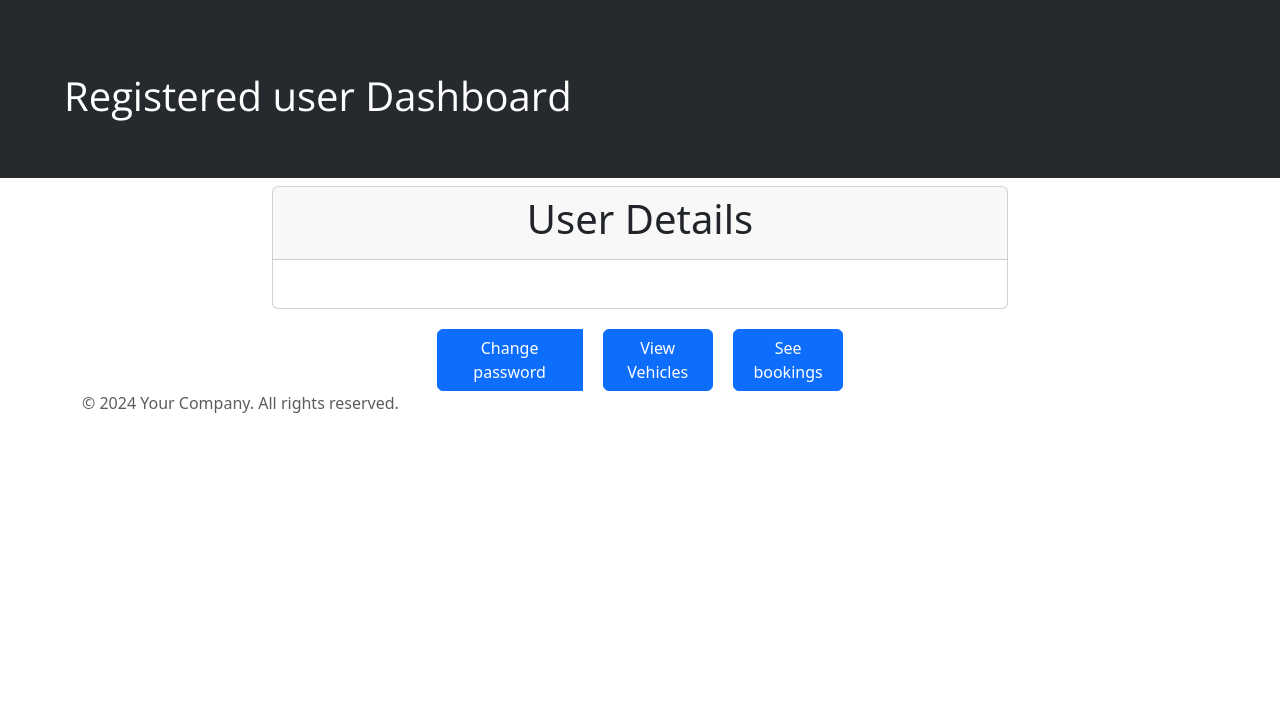
Repository: VimashaVishvani/VehicleRental
Page: http://localhost/Vehicle_rentalDb/registeredUser.jsp
The author's editor kept a copy of each file at every save. The page is drawn from the files as they stood at one save, then again after the next save.
The browser window is 1280 px wide. The pictures show the whole page.
The page is served by Tomcat 9. Other server files are loaded and not shown.

Above is the page before, as saved 2024-05-12 09:33:18.

### Vehicle_rentalDb/src/main/webapp/registeredUser.jsp
<%@ page language="java" contentType="text/html; charset=ISO-8859-1" pageEncoding="ISO-8859-1"%>
<%@ taglib prefix="c" uri="http://java.sun.com/jsp/jstl/core"%>
<!DOCTYPE html>
<html>
<head>
<link href="https://fonts.googleapis.com/css2?family=Open+Sans&display=swap" rel="stylesheet">

<style>
	.dashboard{
	padding-top:10vh;
	padding-left:5%;
	padding-bottom:8vh;
    background-color:#262A2E; /* Pale background color */
    font-family: 'Open Sans', sans-serif; /* Use Open Sans font */
    color: #ffffff; /* White text color */


	}
.btn-group {
    display: flex;
    justify-content: center;
    margin-top: 20px;
    align-items: center; /* Center items vertically */
}

.btn-group .btn {
    margin: 0 10px; /* Add some spacing between buttons */
}

</style>
    <meta charset="ISO-8859-1">
    <title>Car Owner</title>
    <link href="https://cdn.jsdelivr.net/npm/bootstrap@5.3.3/dist/css/bootstrap.min.css" rel="stylesheet" integrity="sha384-QWTKZyjpPEjISv5WaRU9OFeRpok6YctnYmDr5pNlyT2bRjXh0JMhjY6hW+ALEwIH" crossorigin="anonymous">
</head>
<body>

<c:if test="${param.result == 'booked'}">
    <script type="text/javascript">
        alert('You booked the car!');
    </script>
</c:if>
<c:if test="${param.result == 'Deleted'}">
    <script type="text/javascript">
        alert('record deleted!'');
    </script>
</c:if>

<h1 class="dashboard">Registered user Dashboard</h1>

<div class="container">
    <div class="row">
        <div class="col-md-8 offset-md-2">
            <div class="card">
                <div class="card-header">
                    <h1 class="text-center">User Details</h1>
                </div>
                <div class="card-body">
                    <table class="table">
                        <c:forEach var="user" items="${sessionScope.userDetails}">
                            <tr>
                                <td>Customer ID</td>
                                <td>${user.id}</td>
                            </tr>
                            <tr>
                                <td>Customer Name</td>
                                <td>${user.name}</td>
                            </tr>
                            <tr>
                                <td>Customer Email</td>
                                <td>${user.gmail}</td>
                            </tr>
                            <tr>
                                <td>Customer Phone</td>
                                <td>${user.phoneNumber}</td>
                            </tr>
                        </c:forEach>
                    </table>
                </div>
            </div>
        </div>
    </div>
</div>
<div class="btn-group col-md-4 offset-md-4">

<c:set var="userId" value="${sessionScope.userDetails[0].id}" />
<c:set var="pass" value="${sessionScope.userDetails[0].password}" />
<a href="userChangePw.jsp?id=${userId}&result=a&pw=${pass}" class="btn btn-primary">Change password</a>


<form action="vehicleServelet" method="get">
    <input type="hidden" value="${userId}" name="id">
    <input type="hidden" value="viewAvailableVehicle" name="task">
    <button type="submit"  class="btn btn-primary">View Vehicles</button>
</form>

<form action="bookingServlet" method="get">
    <input type="hidden" value="${userId}" name="id">
    <input type="hidden" value="ViewBookings" name="task">
    <button type="submit"  class="btn btn-primary">See bookings</button>
</form>
</div>


<footer class="footer">
    <div class="container">
        <span class="text-muted">© 2024 Your Company. All rights reserved.</span>
    </div>
</footer>
</body>
</html>

After the next save:
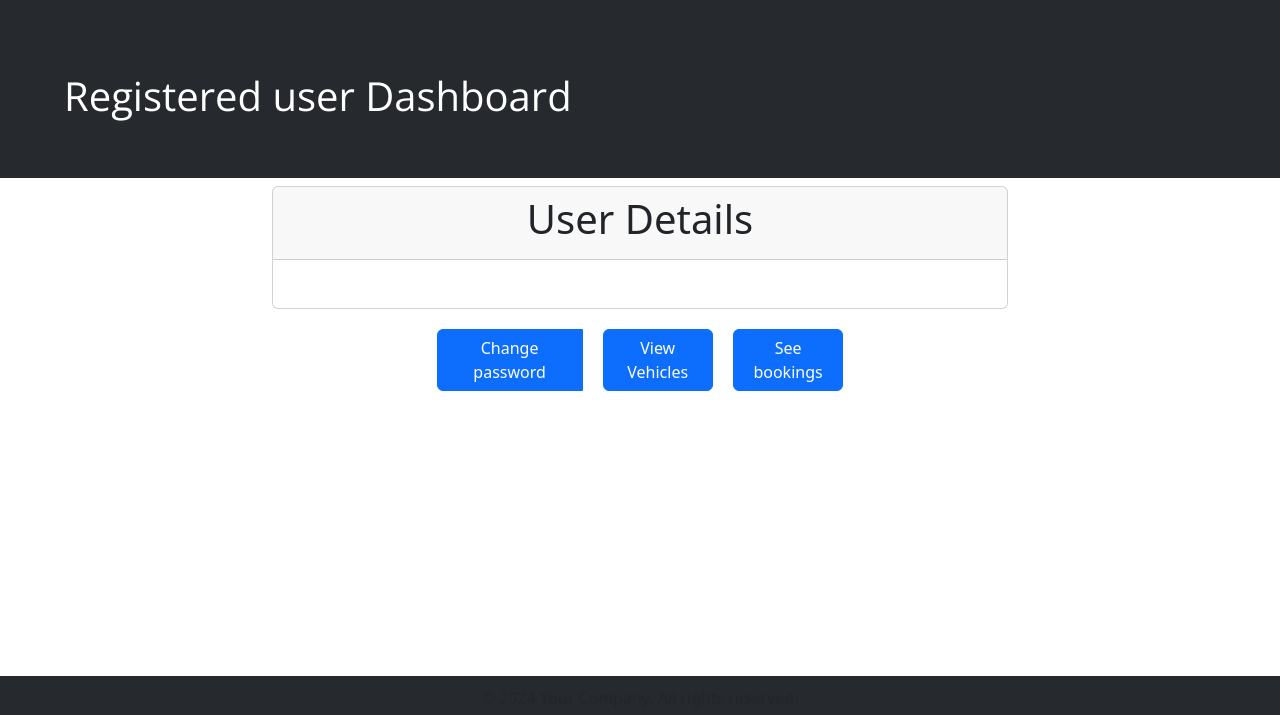
Saved 32 s later.
--- a/Vehicle_rentalDb/src/main/webapp/registeredUser.jsp
+++ b/Vehicle_rentalDb/src/main/webapp/registeredUser.jsp
@@ -25,6 +25,15 @@
 
 .btn-group .btn {
     margin: 0 10px; /* Add some spacing between buttons */
+}
+.footer {
+    background-color: #262A2E;
+    color: #ffffff;
+    padding: 10px 0;
+    text-align: center;
+    position: fixed;
+    bottom: 0;
+    width: 100%;
 }
 
 </style>
